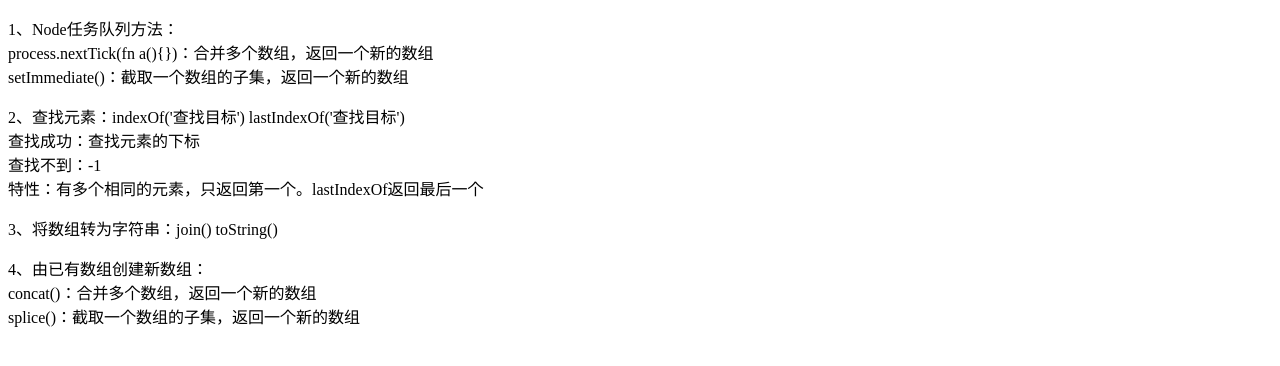
Repository: 15878162243/nodejsNote
Page: node方法.html
The author's editor kept a copy of each file at every save. The page is drawn from the files as they stood at one save, then again after the next save.
The browser window is 1280 px wide. The pictures show the whole page.

Above is the page before, as saved 2022-09-25 15:39:34.

After the next save:
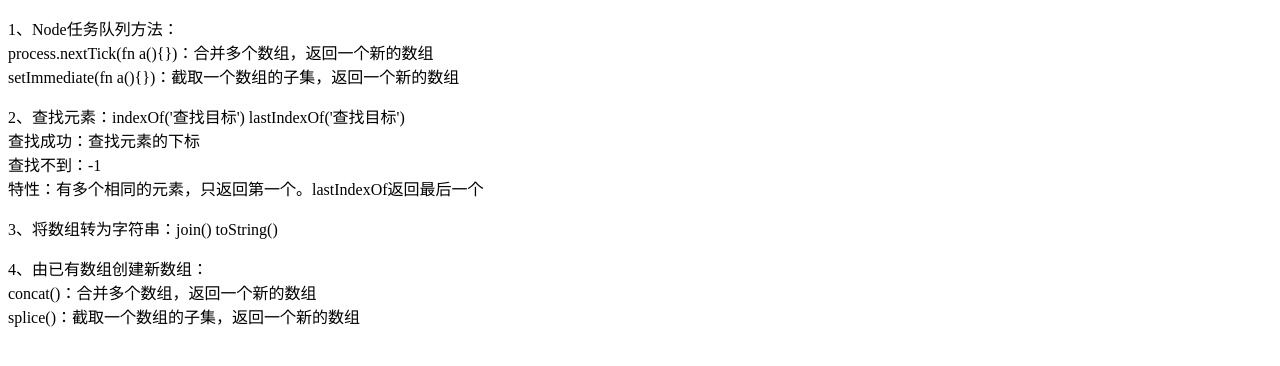
Saved 7 s later.
--- a/node方法.html
+++ b/node方法.html
@@ -8,7 +8,7 @@
 
 		<p>1、Node任务队列方法：<br />
 			process.nextTick(fn a(){})：合并多个数组，返回一个新的数组<br />
-			setImmediate()：截取一个数组的子集，返回一个新的数组<br />
+			setImmediate(fn a(){})：截取一个数组的子集，返回一个新的数组<br />
 		</p>
 		<script>
 			var nums1 = []; // 1-100
